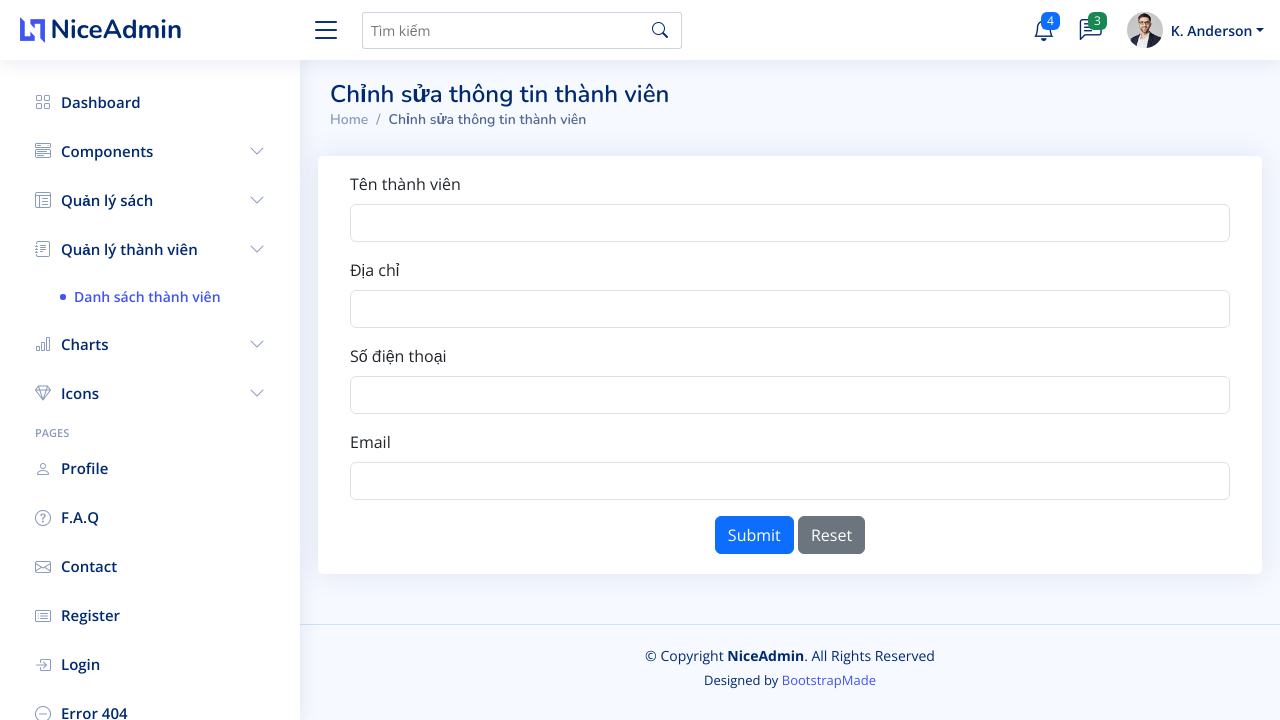
Repository: Hoainam7895123/library_manager
Page: http://localhost/library_manager/editMember.jsp
These files come from the project's save history. The page is drawn as it stood at one moment and after the next save; the edit follows.
The browser window is 1280 px wide. The pictures show the whole page.
The page is served by Tomcat 9. Nobody is signed in. The application's start-up code is not run. Other server files are loaded and not shown.

Above is the page before, as saved 2024-06-18 15:05:31.

### library_manager/src/main/webapp/editMember.jsp
<%@page import="java.util.ArrayList"%>
<%@page import="member.memberModel.*"%>
<%@ page language="java" contentType="text/html; charset=UTF-8"
	pageEncoding="UTF-8"%>
<!DOCTYPE html>
<html lang="en">

<head>
<meta charset="utf-8">
<meta content="width=device-width, initial-scale=1.0" name="viewport">

<title>Dashboard - NiceAdmin Bootstrap Template</title>
<meta content="" name="description">
<meta content="" name="keywords">

<!-- Favicons -->
<link href="/img/favicon.png" rel="icon">
<link href="/img/apple-touch-icon.png" rel="apple-touch-icon">

<!-- Google Fonts -->
<link href="https://fonts.gstatic.com" rel="preconnect">
<link
	href="https://fonts.googleapis.com/css?family=Open+Sans:300,300i,400,400i,600,600i,700,700i|Nunito:300,300i,400,400i,600,600i,700,700i|Poppins:300,300i,400,400i,500,500i,600,600i,700,700i"
	rel="stylesheet">

<!-- Vendor CSS Files -->
<link href="css/bootstrap.min.css" rel="stylesheet">
<link href="css/bootstrap-icons/bootstrap-icons.css" rel="stylesheet">
<link href="css/boxicons.min.css" rel="stylesheet">
<link href="css/quill.snow.css" rel="stylesheet">
<link href="css/quill.bubble.css" rel="stylesheet">
<link href="css/remixicon.css" rel="stylesheet">
<link href="css/style.css" rel="stylesheet">

<!-- Template Main CSS File -->
<link href="css/stylex.css" rel="stylesheet">

<!-- =======================================================
  * Template Name: NiceAdmin
  * Template URL: https://bootstrapmade.com/nice-admin-bootstrap-admin-html-template/
  * Updated: Apr 20 2024 with Bootstrap v5.3.3
  * Author: BootstrapMade.com
  * License: https://bootstrapmade.com/license/
  ======================================================== -->
</head>

<body>

	<!-- ======= Header ======= -->
	<header id="header" class="header fixed-top d-flex align-items-center">

		<div class="d-flex align-items-center justify-content-between">
			<a href="books" class="logo d-flex align-items-center"> <img
				src="assets/img/logo.png" alt=""> <span
				class="d-none d-lg-block">NiceAdmin</span>
			</a> <i class="bi bi-list toggle-sidebar-btn"></i>
		</div>
		<!-- End Logo -->

		<div class="search-bar">
			<form class="search-form d-flex align-items-center" method="GET"
				action="${pageContext.request.contextPath}/search-member">
				<input type="text" name="searchTitle" placeholder="Tìm kiếm"
					title="Enter search keyword">
				<button type="submit" title="Search">
					<i class="bi bi-search"></i>
				</button>
			</form>
		</div>
		<!-- End Search Bar -->

		<nav class="header-nav ms-auto">
			<ul class="d-flex align-items-center">

				<li class="nav-item d-block d-lg-none"><a
					class="nav-link nav-icon search-bar-toggle " href="#"> <i
						class="bi bi-search"></i>
				</a></li>
				<!-- End Search Icon-->

				<li class="nav-item dropdown"><a class="nav-link nav-icon"
					href="#" data-bs-toggle="dropdown"> <i class="bi bi-bell"></i>
						<span class="badge bg-primary badge-number">4</span>
				</a> <!-- End Notification Icon -->

					<ul
						class="dropdown-menu dropdown-menu-end dropdown-menu-arrow notifications">
						<li class="dropdown-header">You have 4 new notifications <a
							href="#"><span class="badge rounded-pill bg-primary p-2 ms-2">View
									all</span></a>
						</li>
						<li>
							<hr class="dropdown-divider">
						</li>

						<li class="notification-item"><i
							class="bi bi-exclamation-circle text-warning"></i>
							<div>
								<h4>Lorem Ipsum</h4>
								<p>Quae dolorem earum veritatis oditseno</p>
								<p>30 min. ago</p>
							</div></li>

						<li>
							<hr class="dropdown-divider">
						</li>

						<li class="notification-item"><i
							class="bi bi-x-circle text-danger"></i>
							<div>
								<h4>Atque rerum nesciunt</h4>
								<p>Quae dolorem earum veritatis oditseno</p>
								<p>1 hr. ago</p>
							</div></li>

						<li>
							<hr class="dropdown-divider">
						</li>

						<li class="notification-item"><i
							class="bi bi-check-circle text-success"></i>
							<div>
								<h4>Sit rerum fuga</h4>
								<p>Quae dolorem earum veritatis oditseno</p>
								<p>2 hrs. ago</p>
							</div></li>

						<li>
							<hr class="dropdown-divider">
						</li>

						<li class="notification-item"><i
							class="bi bi-info-circle text-primary"></i>
							<div>
								<h4>Dicta reprehenderit</h4>
								<p>Quae dolorem earum veritatis oditseno</p>
								<p>4 hrs. ago</p>
							</div></li>

						<li>
							<hr class="dropdown-divider">
						</li>
						<li class="dropdown-footer"><a href="#">Show all
								notifications</a></li>

					</ul> <!-- End Notification Dropdown Items --></li>
				<!-- End Notification Nav -->

				<li class="nav-item dropdown"><a class="nav-link nav-icon"
					href="#" data-bs-toggle="dropdown"> <i
						class="bi bi-chat-left-text"></i> <span
						class="badge bg-success badge-number">3</span>
				</a> <!-- End Messages Icon -->

					<ul
						class="dropdown-menu dropdown-menu-end dropdown-menu-arrow messages">
						<li class="dropdown-header">You have 3 new messages <a
							href="#"><span class="badge rounded-pill bg-primary p-2 ms-2">View
									all</span></a>
						</li>
						<li>
							<hr class="dropdown-divider">
						</li>

						<li class="message-item"><a href="#"> <img
								src="assets/img/messages-1.jpg" alt="" class="rounded-circle">
								<div>
									<h4>Maria Hudson</h4>
									<p>Velit asperiores et ducimus soluta repudiandae labore
										officia est ut...</p>
									<p>4 hrs. ago</p>
								</div>
						</a></li>
						<li>
							<hr class="dropdown-divider">
						</li>

						<li class="message-item"><a href="#"> <img
								src="assets/img/messages-2.jpg" alt="" class="rounded-circle">
								<div>
									<h4>Anna Nelson</h4>
									<p>Velit asperiores et ducimus soluta repudiandae labore
										officia est ut...</p>
									<p>6 hrs. ago</p>
								</div>
						</a></li>
						<li>
							<hr class="dropdown-divider">
						</li>

						<li class="message-item"><a href="#"> <img
								src="assets/img/messages-3.jpg" alt="" class="rounded-circle">
								<div>
									<h4>David Muldon</h4>
									<p>Velit asperiores et ducimus soluta repudiandae labore
										officia est ut...</p>
									<p>8 hrs. ago</p>
								</div>
						</a></li>
						<li>
							<hr class="dropdown-divider">
						</li>

						<li class="dropdown-footer"><a href="#">Show all messages</a>
						</li>

					</ul> <!-- End Messages Dropdown Items --></li>
				<!-- End Messages Nav -->

				<li class="nav-item dropdown pe-3"><a
					class="nav-link nav-profile d-flex align-items-center pe-0"
					href="#" data-bs-toggle="dropdown"> <img
						src="assets/img/profile-img.jpg" alt="Profile"
						class="rounded-circle"> <span
						class="d-none d-md-block dropdown-toggle ps-2">K. Anderson</span>
				</a> <!-- End Profile Iamge Icon -->

					<ul
						class="dropdown-menu dropdown-menu-end dropdown-menu-arrow profile">
						<li class="dropdown-header">
							<h6>Kevin Anderson</h6> <span>Web Designer</span>
						</li>
						<li>
							<hr class="dropdown-divider">
						</li>

						<li><a class="dropdown-item d-flex align-items-center"
							href="users-profile.html"> <i class="bi bi-person"></i> <span>My
									Profile</span>
						</a></li>
						<li>
							<hr class="dropdown-divider">
						</li>

						<li><a class="dropdown-item d-flex align-items-center"
							href="users-profile.html"> <i class="bi bi-gear"></i> <span>Account
									Settings</span>
						</a></li>
						<li>
							<hr class="dropdown-divider">
						</li>

						<li><a class="dropdown-item d-flex align-items-center"
							href="pages-faq.html"> <i class="bi bi-question-circle"></i>
								<span>Need Help?</span>
						</a></li>
						<li>
							<hr class="dropdown-divider">
						</li>

						<li><a class="dropdown-item d-flex align-items-center"
							href="#"> <i class="bi bi-box-arrow-right"></i> <span>Sign
									Out</span>
						</a></li>

					</ul> <!-- End Profile Dropdown Items --></li>
				<!-- End Profile Nav -->

			</ul>
		</nav>
		<!-- End Icons Navigation -->

	</header>
	<!-- End Header -->

	<!-- ======= Sidebar ======= -->
  <aside id="sidebar" class="sidebar">

    <ul class="sidebar-nav" id="sidebar-nav">

      <li class="nav-item">
        <a class="nav-link collapsed" href="books">
          <i class="bi bi-grid"></i>
          <span>Dashboard</span>
        </a>
      </li><!-- End Dashboard Nav -->

      <li class="nav-item">
        <a class="nav-link collapsed" data-bs-target="#components-nav" data-bs-toggle="collapse" href="#">
          <i class="bi bi-menu-button-wide"></i><span>Components</span><i class="bi bi-chevron-down ms-auto"></i>
        </a>
        <ul id="components-nav" class="nav-content collapse " data-bs-parent="#sidebar-nav">
          <li>
            <a href="components-alerts.html">
              <i class="bi bi-circle"></i><span>Alerts</span>
            </a>
          </li>
          <li>
            <a href="components-accordion.html">
              <i class="bi bi-circle"></i><span>Accordion</span>
            </a>
          </li>
          <li>
            <a href="components-badges.html">
              <i class="bi bi-circle"></i><span>Badges</span>
            </a>
          </li>
          <li>
            <a href="components-breadcrumbs.html">
              <i class="bi bi-circle"></i><span>Breadcrumbs</span>
            </a>
          </li>
          <li>
            <a href="components-buttons.html">
              <i class="bi bi-circle"></i><span>Buttons</span>
            </a>
          </li>
          <li>
            <a href="components-cards.html">
              <i class="bi bi-circle"></i><span>Cards</span>
            </a>
          </li>
          <li>
            <a href="components-carousel.html">
              <i class="bi bi-circle"></i><span>Carousel</span>
            </a>
          </li>
          <li>
            <a href="components-list-group.html">
              <i class="bi bi-circle"></i><span>List group</span>
            </a>
          </li>
          <li>
            <a href="components-modal.html">
              <i class="bi bi-circle"></i><span>Modal</span>
            </a>
          </li>
          <li>
            <a href="components-tabs.html">
              <i class="bi bi-circle"></i><span>Tabs</span>
            </a>
          </li>
          <li>
            <a href="components-pagination.html">
              <i class="bi bi-circle"></i><span>Pagination</span>
            </a>
          </li>
          <li>
            <a href="components-progress.html">
              <i class="bi bi-circle"></i><span>Progress</span>
            </a>
          </li>
          <li>
            <a href="components-spinners.html">
              <i class="bi bi-circle"></i><span>Spinners</span>
            </a>
          </li>
          <li>
            <a href="components-tooltips.html">
              <i class="bi bi-circle"></i><span>Tooltips</span>
            </a>
          </li>
        </ul>
      </li><!-- End Components Nav -->

      <li class="nav-item">
        <a class="nav-link collapsed" data-bs-target="#forms-nav" data-bs-toggle="collapse" href="#">
          <i class="bi bi-layout-text-window-reverse"></i><span>Quản lý sách</span><i class="bi bi-chevron-down ms-auto"></i>
        </a>
        <ul id="forms-nav" class="nav-content collapse " data-bs-parent="#sidebar-nav">
          <li>
            <a href="books" >
              <i class="bi bi-circle"></i><span>Danh sách sách</span>
            </a>
          </li>
          <!-- <li>
            <a href="forms-layouts.html" >
              <i class="bi bi-circle"></i><span>Thêm sách</span>
            </a>
          </li>
          <li>
            <a href="forms-editors.html" class="active">
              <i class="bi bi-circle"></i><span>Chỉnh sửa sách</span>
            </a>
          </li> -->
        </ul>
      </li><!-- End Forms Nav -->

      <li class="nav-item">
        <a class="nav-link collapsed" data-bs-target="#tables-nav" data-bs-toggle="collapse" href="#">
          <i class="bi bi-journal-text"></i><span>Quản lý thành viên</span><i class="bi bi-chevron-down ms-auto"></i>
        </a>
        <ul id="tables-nav" class="nav-content collapse show" data-bs-parent="#sidebar-nav">
          <li>
            <a href="members" class= "active">
              <i class="bi bi-circle"></i><span>Danh sách thành viên</span>
            </a>
          </li>
        </ul>
      </li><!-- End Tables Nav -->

      <li class="nav-item">
        <a class="nav-link collapsed" data-bs-target="#charts-nav" data-bs-toggle="collapse" href="#">
          <i class="bi bi-bar-chart"></i><span>Charts</span><i class="bi bi-chevron-down ms-auto"></i>
        </a>
        <ul id="charts-nav" class="nav-content collapse " data-bs-parent="#sidebar-nav">
          <li>
            <a href="charts-chartjs.html">
              <i class="bi bi-circle"></i><span>Chart.js</span>
            </a>
          </li>
          <li>
            <a href="charts-apexcharts.html">
              <i class="bi bi-circle"></i><span>ApexCharts</span>
            </a>
          </li>
          <li>
            <a href="charts-echarts.html">
              <i class="bi bi-circle"></i><span>ECharts</span>
            </a>
          </li>
        </ul>
      </li><!-- End Charts Nav -->

      <li class="nav-item">
        <a class="nav-link collapsed" data-bs-target="#icons-nav" data-bs-toggle="collapse" href="#">
          <i class="bi bi-gem"></i><span>Icons</span><i class="bi bi-chevron-down ms-auto"></i>
        </a>
        <ul id="icons-nav" class="nav-content collapse " data-bs-parent="#sidebar-nav">
          <li>
            <a href="icons-bootstrap.html">
              <i class="bi bi-circle"></i><span>Bootstrap Icons</span>
            </a>
          </li>
          <li>
            <a href="icons-remix.html">
              <i class="bi bi-circle"></i><span>Remix Icons</span>
            </a>
          </li>
          <li>
            <a href="icons-boxicons.html">
              <i class="bi bi-circle"></i><span>Boxicons</span>
            </a>
          </li>
        </ul>
      </li><!-- End Icons Nav -->

      <li class="nav-heading">Pages</li>

      <li class="nav-item">
        <a class="nav-link collapsed" href="users-profile.html">
          <i class="bi bi-person"></i>
          <span>Profile</span>
        </a>
      </li><!-- End Profile Page Nav -->

      <li class="nav-item">
        <a class="nav-link collapsed" href="pages-faq.html">
          <i class="bi bi-question-circle"></i>
          <span>F.A.Q</span>
        </a>
      </li><!-- End F.A.Q Page Nav -->

      <li class="nav-item">
        <a class="nav-link collapsed" href="pages-contact.html">
          <i class="bi bi-envelope"></i>
          <span>Contact</span>
        </a>
      </li><!-- End Contact Page Nav -->

      <li class="nav-item">
        <a class="nav-link collapsed" href="pages-register.html">
          <i class="bi bi-card-list"></i>
          <span>Register</span>
        </a>
      </li><!-- End Register Page Nav -->

      <li class="nav-item">
        <a class="nav-link collapsed" href="pages-login.html">
          <i class="bi bi-box-arrow-in-right"></i>
          <span>Login</span>
        </a>
      </li><!-- End Login Page Nav -->

      <li class="nav-item">
        <a class="nav-link collapsed" href="pages-error-404.html">
          <i class="bi bi-dash-circle"></i>
          <span>Error 404</span>
        </a>
      </li><!-- End Error 404 Page Nav -->

      <li class="nav-item">
        <a class="nav-link collapsed" href="pages-blank.html">
          <i class="bi bi-file-earmark"></i>
          <span>Blank</span>
        </a>
      </li><!-- End Blank Page Nav -->

    </ul>

  </aside><!-- End Sidebar-->

	<main id="main" class="main">

		<div class="pagetitle">
			<div class="row">
				<div class="col-10">
					<h1>Chỉnh sửa thông tin thành viên</h1>
					<nav>
						<ol class="breadcrumb">
							<li class="breadcrumb-item"><a href="books">Home</a></li>
							<li class="breadcrumb-item active">Chỉnh sửa thông tin thành viên</li>
						</ol>
					</nav>
				</div>
				<div class="col-2"></div>
			</div>
		</div>
		<!-- End Page Title -->

		<section class="section dashboard">
			<div class="row">
				<%
            		String message = request.getParameter("message");
            		if ("addSuccess".equals(message)) {
        		%>
        		<script type="text/javascript">
            		alert('Thêm thành viên thành công!');
        		</script>
        		<%
            		}
        		%>
				<!-- Vertical Form -->
				<div class="card">
					<div class="card-body">
						<!-- Vertical Form -->
						<form class="row g-3"
							action="${pageContext.request.contextPath}/edit-member"
							method="post">
							<input type="hidden" name="memberID" value="${member.member_id}">
							<div class="col-12 pt-3">
								<label for="input_name" class="form-label">Tên thành viên</label>
								<input type="text" class="form-control" id="input_name" name="name" value="${member.member_name}">
							</div>
							<div class="col-12">
								<label for="input_address" class="form-label">Địa chỉ</label> <input
									type="text" class="form-control" id="input_address" name="address" value="${member.member_address}">
							</div>
							<div class="col-12">
								<label for="input_phone" class="form-label">Số điện thoại</label> <input
									type="text" class="form-control" id="input_phone"
									name="phone" value="${member.member_phone}">
							</div>
							<div class="col-12">
								<label for="input_email" class="form-label">Email</label> <input
									type="text" class="form-control" id="input_email" name="email" value="${member.member_email}">
							</div>
							<div class="text-center">
								<button type="submit" class="btn btn-primary">Submit</button>
								<button type="reset" class="btn btn-secondary">Reset</button>
							</div>
						</form>

						<!-- Vertical Form -->

					</div>
				</div>
			</div>
		</section>

	</main>
	<!-- End #main -->

	<!-- ======= Footer ======= -->
	<footer id="footer" class="footer">
		<div class="copyright">
			&copy; Copyright <strong><span>NiceAdmin</span></strong>. All Rights
			Reserved
		</div>
		<div class="credits">
			<!-- All the links in the footer should remain intact. -->
			<!-- You can delete the links only if you purchased the pro version. -->
			<!-- Licensing information: https://bootstrapmade.com/license/ -->
			<!-- Purchase the pro version with working PHP/AJAX contact form: https://bootstrapmade.com/nice-admin-bootstrap-admin-html-template/ -->
			Designed by <a href="https://bootstrapmade.com/">BootstrapMade</a>
		</div>
	</footer>
	<!-- End Footer -->

	<a href="#"
		class="back-to-top d-flex align-items-center justify-content-center"><i
		class="bi bi-arrow-up-short"></i></a>

	<!-- Vendor JS Files -->
	<script src="${pageContext.request.contextPath}/js/apexcharts.min.js"></script>
	<script
		src="${pageContext.request.contextPath}/js/bootstrap.bundle.min.js"></script>

	<script src="/js/echarts.min.js"></script>

	<script src="/js/tinymce.min.js"></script>
	<script src="/js/validate.js"></script>
	<!-- Template Main JS File -->
	<script src="/js/main.js"></script>

</body>

</html>

Loaded but not shown: library_manager/src/main/webapp/css/bootstrap.min.css (library); library_manager/src/main/webapp/css/bootstrap-icons/bootstrap-icons.css (library); library_manager/src/main/webapp/css/boxicons.min.css (library); library_manager/src/main/webapp/css/quill.snow.css (library); library_manager/src/main/webapp/css/quill.bubble.css (library); library_manager/src/main/webapp/js/apexcharts.min.js (library); library_manager/src/main/webapp/js/bootstrap.bundle.min.js (library); library_manager/src/main/webapp/js/echarts.min.js (library); library_manager/src/main/webapp/js/tinymce.min.js (library); library_manager/src/main/webapp/js/main.js (319 lines, source omitted); library_manager/src/main/webapp/js/validate.js (85 lines, source omitted); library_manager/src/main/webapp/css/remixicon.css (2895 lines, source omitted); library_manager/src/main/webapp/css/stylex.css (1233 lines, source omitted); library_manager/src/main/webapp/css/style.css (233 lines, source omitted)

After the next save:
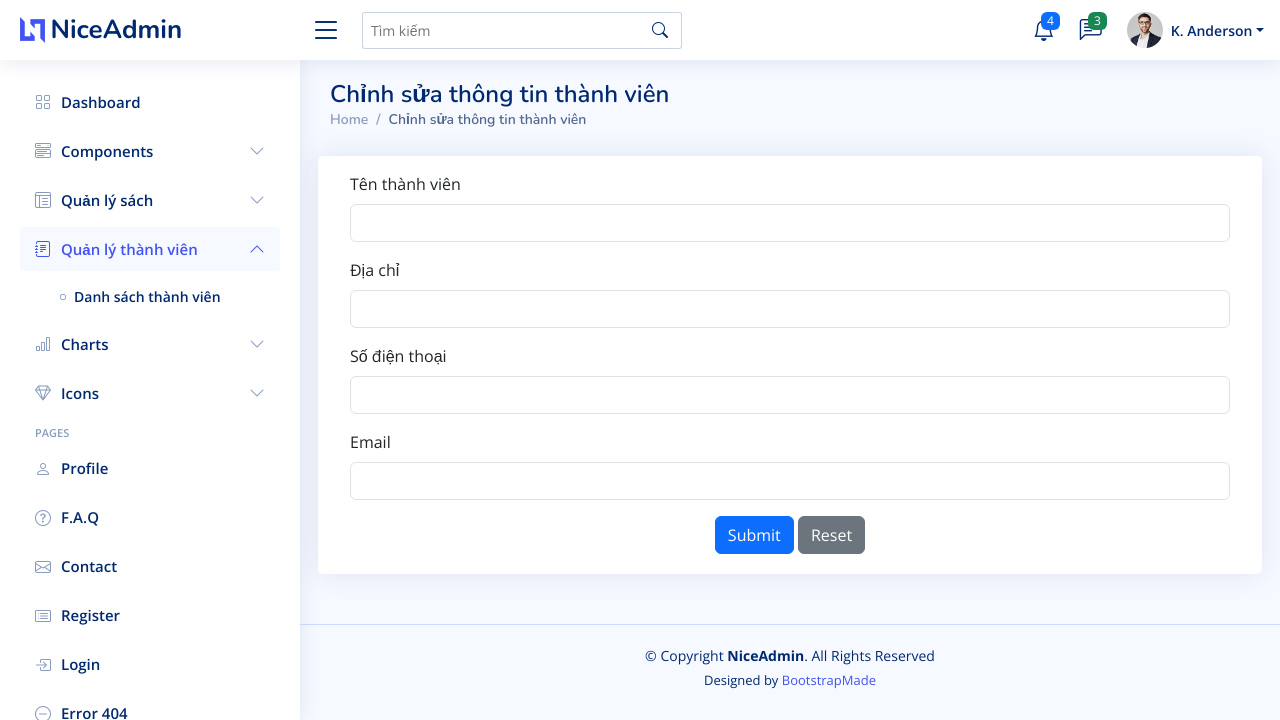
Saved 71 s later.
--- a/library_manager/src/main/webapp/editMember.jsp
+++ b/library_manager/src/main/webapp/editMember.jsp
@@ -354,40 +354,38 @@
       </li><!-- End Components Nav -->
 
       <li class="nav-item">
-        <a class="nav-link collapsed" data-bs-target="#forms-nav" data-bs-toggle="collapse" href="#">
-          <i class="bi bi-layout-text-window-reverse"></i><span>Quản lý sách</span><i class="bi bi-chevron-down ms-auto"></i>
-        </a>
-        <ul id="forms-nav" class="nav-content collapse " data-bs-parent="#sidebar-nav">
-          <li>
-            <a href="books" >
-              <i class="bi bi-circle"></i><span>Danh sách sách</span>
-            </a>
-          </li>
-          <!-- <li>
-            <a href="forms-layouts.html" >
-              <i class="bi bi-circle"></i><span>Thêm sách</span>
-            </a>
-          </li>
-          <li>
-            <a href="forms-editors.html" class="active">
-              <i class="bi bi-circle"></i><span>Chỉnh sửa sách</span>
-            </a>
-          </li> -->
-        </ul>
-      </li><!-- End Forms Nav -->
-
-      <li class="nav-item">
-        <a class="nav-link collapsed" data-bs-target="#tables-nav" data-bs-toggle="collapse" href="#">
-          <i class="bi bi-journal-text"></i><span>Quản lý thành viên</span><i class="bi bi-chevron-down ms-auto"></i>
-        </a>
-        <ul id="tables-nav" class="nav-content collapse show" data-bs-parent="#sidebar-nav">
-          <li>
-            <a href="members" class= "active">
-              <i class="bi bi-circle"></i><span>Danh sách thành viên</span>
-            </a>
-          </li>
-        </ul>
-      </li><!-- End Tables Nav -->
+				<a class="nav-link collapsed" data-bs-target="#forms-nav" data-bs-toggle="collapse" href="#">
+					<i class="bi bi-layout-text-window-reverse"></i>
+					<span>Quản lý sách</span>
+					<i class="bi bi-chevron-down ms-auto"></i>
+				</a>
+				<ul id="forms-nav" class="nav-content collapse" data-bs-parent="#sidebar-nav">
+					<li>
+						<a href="/library_manager/books" class="active">
+							<i class="bi bi-circle"></i>
+							<span>Danh sách sách</span>
+						</a>
+					</li>
+				</ul>
+			</li>
+			<!-- End Forms Nav -->
+
+			<li class="nav-item">
+				<a class="nav-link " data-bs-target="#tables-nav" data-bs-toggle="collapse" href="#">
+					<i class="bi bi-journal-text"></i>
+					<span>Quản lý thành viên</span>
+					<i class="bi bi-chevron-down ms-auto"></i>
+				</a>
+				<ul id="tables-nav" class="nav-content collapse show"
+					data-bs-parent="#sidebar-nav">
+					<li>
+						<a href="/library_manager/members">
+							<i class="bi bi-circle"></i>
+							<span>Danh sách thành viên</span>
+						</a>
+					</li>
+				</ul>
+			</li>
 
       <li class="nav-item">
         <a class="nav-link collapsed" data-bs-target="#charts-nav" data-bs-toggle="collapse" href="#">
